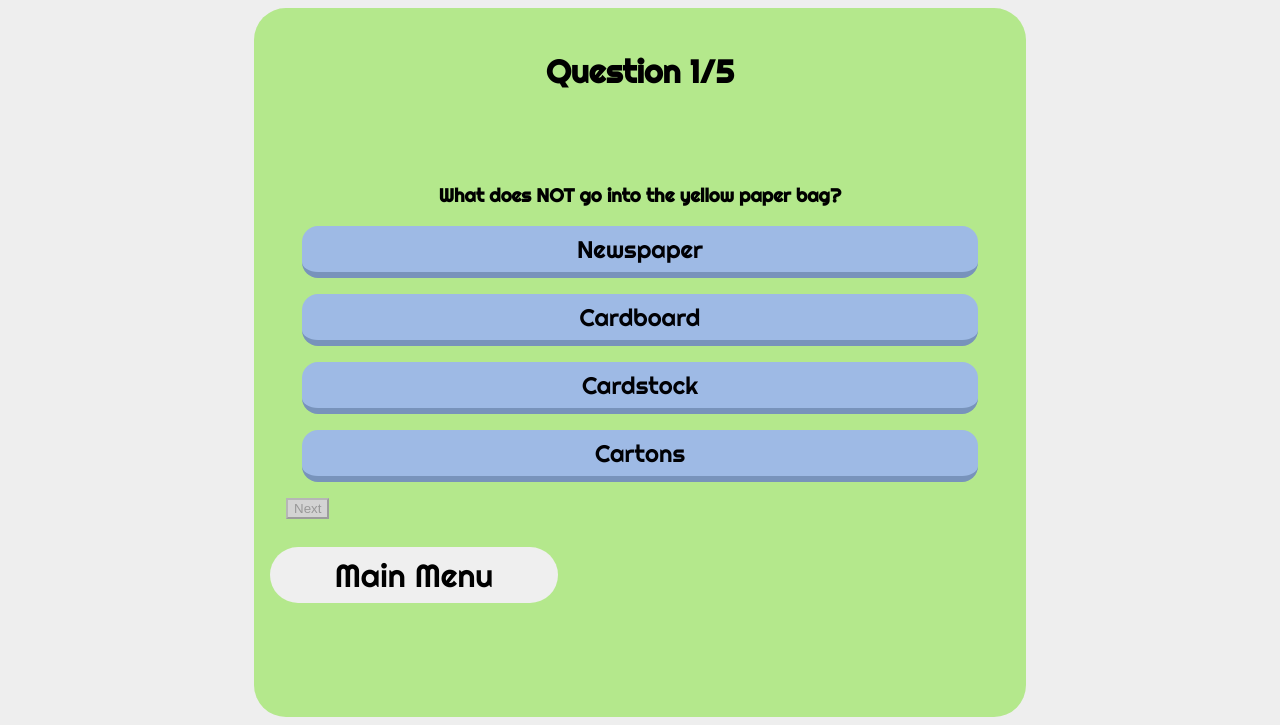
Repository: alemunden/Trash-Scavengers
Page: /quiz
An editor plug-in stored every save of this project. The page is shown before and after the next save, followed by the edit.
The browser window is 1280 px wide. The pictures show the whole page.
The project was rebuilt for these pictures with package versions that can differ from the ones it lists, and the page was loaded fresh each time. The framework's server and built-in components were replaced by stand-ins that run in the browser. Also part of the build but not shown: next.config.mjs.

Above is the page before, as saved 2024-04-07 20:44:37.

### pages/quiz.js
import Link from 'next/link'
import styles from '@/styles/quiz.module.css'
import Button from '@/components/Button'
import { useState } from 'react'
import { quiz } from '@/data/data'

export default function Quiz() {

    const [activeQuestion, setActiveQuestion] = useState(0);
    const [selectedAnswer, setSelectedAnswer] = useState('');
    const [checked, setChecked] = useState(false);
    const [selectedAnswerIndex, setSelectedAnswerIndex] = useState(null);
    const [showResult, setShowResult] = useState(false);
    const [result, setResult] = useState({
        score: 0,
        correctAnswers: 0,
        wrongAnswers: 0
    });
    const {questions} = quiz;
    const {question, answers, correctAnswer} = questions[activeQuestion];

    // select and check answer
    const onAnswerSelected = (answer, idx) => {
        setChecked(true)
        setSelectedAnswerIndex(idx)
        if (answer === correctAnswer) {
            setSelectedAnswer(true)
            console.log('true')
        } else {
            setSelectedAnswer(false)
            console.log('false')
        }
    };

    // calculate score and increment to next question
    const nextQuestion = () => {
        setSelectedAnswerIndex(null)
        setResult((prev) =>
        selectedAnswer ?
        {
            ...prev,
            score: prev.score + 5,
            correctAnswers: prev.correctAnswers + 1
        } : {
            ...prev,
            wrongAnswers: prev.wrongAnswers + 1
        }
    );
    if (activeQuestion !== questions.length - 1) {
        setActiveQuestion((prev) => prev + 1)
    } else {
        setActiveQuestion(0)
        setShowResult(true)
    }
    setChecked(false)
    };

    return(
        <div className={styles.container}>
            <link rel="preconnect" href="https://fonts.googleapis.com"/>
            <link rel="preconnect" href="https://fonts.gstatic.com" crossorigin/>
            <link href="https://fonts.googleapis.com/css2?family=Righteous&display=swap" rel="stylesheet"/>
            <div className={styles.questionHeaderContainer}>
                <h2 className={styles.questionHeader}>
                    Question {activeQuestion + 1}
                    <span>/{questions.length}</span>
                </h2>
            </div>
            <div className={styles.quizList}>
                {!showResult ? (<div className={styles.quizContainer}>
                    <h3 className={styles.question}>{questions[activeQuestion].question}</h3>
                    {answers.map((answer, idx) => (
                        <li
                        key={idx}
                        onClick={() => onAnswerSelected(answer, idx)}
                        className={selectedAnswerIndex === idx ? 'liSelected' : 'liHover'}>
                            <span>{answer}</span>
                        </li>
                    ))}
                    {checked ? (<button onClick={nextQuestion} className='btn'>{activeQuestion === question.length - 1 ? 'Finish' : 'Next'}</button>) : (<button onClick={nextQuestion} disabled className={styles.btnDisabled}>{''}{activeQuestion === question.length - 1 ? 'Finish' : 'Next'}</button>)}
                </div>) : (
                <div className={styles.quizContainer}>
                    <h3>Results</h3>
                    <h3>Overall {(result.score /25) * 100}%</h3>
                    <p>Total questions: <span>{questions.length}</span></p>
                    <p>Total score: <span>{result.score}</span></p>
                    <p>Correct answers: <span>{result.correctAnswers}</span></p>
                    <p>Wrong answers: <span>{result.wrongAnswers}</span></p>
                    <button onClick={()=> window.location.reload()}>Restart</button>
                </div>
                )}
            </div>
            <Button buttonText={'Main Menu'} bgColor="F2CE73"/>
        </div>
    )
}

### styles/globals.css
:root {
    --white: #eee;
    --black: #000;
    --light-green: #B4E88C;
    --light-blue: #9EBAE5;
}

html, body {
    overflow-x: hidden;
    background-color: var(--white);
  }

main {
    padding: 1rem;
  }

li {
    list-style-type: none;
    cursor: pointer;
    margin: 1rem;
    padding: 0.5rem;
    color: #000105;
    background-color: var(--light-blue);
    border-radius: 1rem;
    border-bottom: 6px solid #7893bb;
    font-family: "Righteous", sans-serif;
    text-align: center;
    font-size: 1.5rem;
  }

.liHover:hover {
    background-color: #7893bb;
    columns: #fff;
}

.liSelected {
    color: #fff;
    background-color: #000925;
}

.btn {
    padding: 0.5rem;
    border-radius: 2rem;
    width: 18rem;
    margin-top: 12px;
    font-size: 2rem;
    color: var(--black);
    font-family: "Righteous", sans-serif;
    border: 0;
}

### styles/quiz.module.css
.questionHeaderContainer {
    display: flex;
    justify-content: center;
}

.questionHeader {
    font-family: "Righteous", sans-serif;
    font-size: 2rem;
}

.question {
    font-family: "Righteous", sans-serif;
    text-align: center;

}

.li {
    list-style-type: none;
    cursor: pointer;
    margin: 9px 0;
    padding: 16px 8px;
    color: #000105;
    background-color: var(--light-blue);
  }

.liHover:hover {
    background-color: #d8d8d8;
    columns: #fff;
}

.liSelected {
    color: #fff;
    background-color: #000925;
}

.container {
    max-width: 740px;
    margin: auto;
    padding: 1rem;
    background-color: var(--light-green);
    border-radius: 2rem;
    height: 94vh;
}

.quizList {
    display: flex;
    flex-direction: column;
}

.quizContainer {
    padding: 1rem;
    margin-top: 2rem;
    border-radius: 4px;
}

.container p {
    padding: 8px 0;
}

.btn {
    padding: 0.5rem;
    border-radius: 2rem;
    width: 18rem;
    margin-top: 12px;
    font-size: 2rem;
    color: var(--black);
    font-family: "Righteous", sans-serif;
    border: 0;
}

.btnDisabled {
    background-color: lightgray;
}

### components/Button/index.js
import styles from './Button.module.css'

export default function Button({buttonText, bgColor, borderColor}) {
    return(
        <>
            <button className={styles.button} style={{backgroundColor: bgColor, borderBottom: borderColor}}>
                {buttonText}
            </button>
        </>
    )
}

### data/data.js
export const quiz = {
    totalQuestions: 5,
    questions: [
        {
            id: 1,
            question: 'What does NOT go into the yellow paper bag?',
            answers: ['Newspaper', 'Cardboard', 'Cardstock', 'Cartons'],
            correctAnswer: 'Cartons'
        },
        {
            id: 2,
            question: 'Is foam packaging only able to be recycled at a depot?',
            answers: ['Yes', 'No'],
            correctAnswer: 'No'
        },
        {
            id: 3,
            question: 'What percentage of collected material is managed by recycling?',
            answers: ['50%', '80%', '60%', '90%'],
            correctAnswer: '90%'
        },
        {
            id: 4,
            question: 'What item goes into the blue recycling bin?',
            answers: ['Disposable hangers', 'Glass bottles', 'Plastic lids', 'Foam food containers'],
            correctAnswer: 'Plastic lids'
        },
        {
            id: 5,
            question: 'Are glass bottles able to be taken to a depot?',
            answers: ['Yes', 'No'],
            correctAnswer: 'No'
        }
    ]
}

### components/Button/Button.module.css
.button {
    padding: 0.5rem;
    border-radius: 2rem;
    width: 18rem;
    margin-top: 12px;
    font-size: 2rem;
    color: var(--black);
    font-family: "Righteous", sans-serif;
    border: 0;
}

Loaded but not shown: pages/_app.js (common file); pages/_document.js (common file)

After the next save:
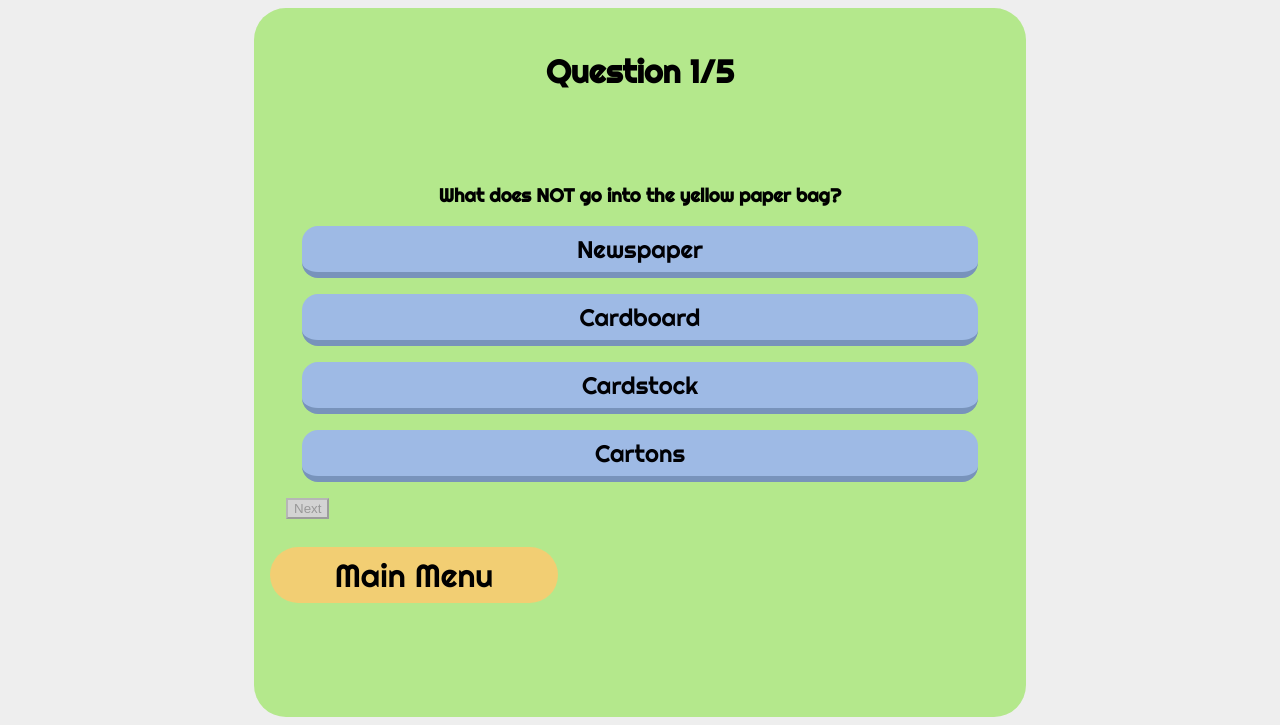
Saved 2 min 4 s later.
--- a/pages/quiz.js
+++ b/pages/quiz.js
@@ -77,7 +77,7 @@ export default function Quiz() {
                             <span>{answer}</span>
                         </li>
                     ))}
-                    {checked ? (<button onClick={nextQuestion} className='btn'>{activeQuestion === question.length - 1 ? 'Finish' : 'Next'}</button>) : (<button onClick={nextQuestion} disabled className={styles.btnDisabled}>{''}{activeQuestion === question.length - 1 ? 'Finish' : 'Next'}</button>)}
+                    {checked ? (<button onClick={nextQuestion} className={styles.btn}>{activeQuestion === question.length - 1 ? 'Finish' : 'Next'}</button>) : (<button onClick={nextQuestion} disabled className={styles.btnDisabled}>{''}{activeQuestion === question.length - 1 ? 'Finish' : 'Next'}</button>)}
                 </div>) : (
                 <div className={styles.quizContainer}>
                     <h3>Results</h3>
@@ -90,7 +90,7 @@ export default function Quiz() {
                 </div>
                 )}
             </div>
-            <Button buttonText={'Main Menu'} bgColor="F2CE73"/>
+            <Button buttonText={'Main Menu'} bgColor="#F2CE73"/>
         </div>
     )
 }
